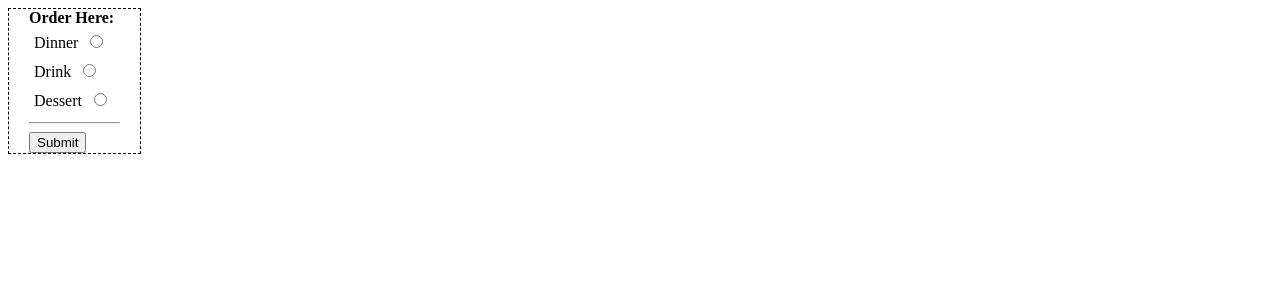
Repository: AyushMahatara/vue-simple-restaurant-order
Page: index.html
The author's editor kept a copy of each file at every save. The page is drawn from the files as they stood at one save, then again after the next save.
The browser window is 1280 px wide. The pictures show the whole page.

Above is the page before, as saved 2024-01-11 10:52:58.

After the next save:
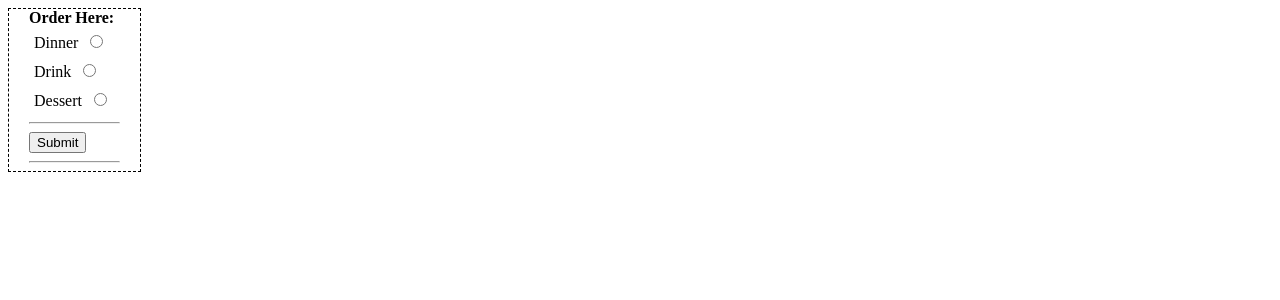
Saved 59 s later.
--- a/index.html
+++ b/index.html
@@ -98,6 +98,9 @@
         </p>
         <button type="submit">Submit</button>
       </form>
+
+      <hr />
+      <div v-show="order"></div>
     </div>
   </body>
 
